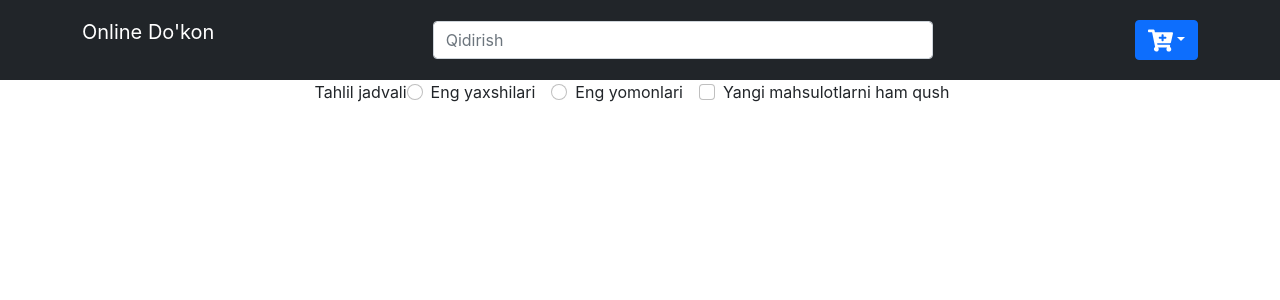
Repository: om1ars/shopping-cart
Page: /
An editor plug-in stored every save of this project. The page is shown before and after a run of saves, followed by the edit.
The browser window is 1280 px wide. The pictures show the whole page.
The project was rebuilt for these pictures with package versions that can differ from the ones it lists, and the page was loaded fresh each time.

Above is the page before, as saved 2021-10-06 17:14:58.

### src/index.js
import React from 'react';
import 'bootstrap/dist/css/bootstrap.min.css';
import ReactDOM from 'react-dom';
import './index.css';
import App from './App';
import reportWebVitals from './reportWebVitals';

ReactDOM.render(
  <React.StrictMode>
    <App />
  </React.StrictMode>,
  document.getElementById('root')
);

// If you want to start measuring performance in your app, pass a function
// to log results (for example: reportWebVitals(console.log))
// or send to an analytics endpoint. Learn more: https://bit.ly/CRA-vitals
reportWebVitals();

### src/App.js
import './App.css';
import { Header } from './components/Header';
import { Home } from './components/Home';

function App() {
  return (
    <div className="App">
      <Header />
      <Home />
    </div>
  );
}

export default App;

### src/components/Header.js
// import Dropdown from '@restart/ui/esm/Dropdown'
import React from 'react'
import { Container, Dropdown, FormControl, Nav, Navbar } from 'react-bootstrap'
import { FaCartPlus } from 'react-icons/fa';

export const Header = () => {
    return (
        <Navbar bg='dark' variant='dark' style={{height: 80}}>
            <Container>
                <Navbar.Brand>
                    <p>Online Do'kon</p>
                </Navbar.Brand>
                <Navbar.Text className='search'>
                    <FormControl style={{width: 500}} placeholder= 'Qidirish' className='m-auto' />
                </Navbar.Text>
                <Nav>
                    <Dropdown>
                        <Dropdown.Toggle variant='primary'>
                            <FaCartPlus color='white' fontSize="25px" />
                        </Dropdown.Toggle>
                        <Dropdown.Menu fontSize='200px'>Xarid mavjud emas</Dropdown.Menu>
                    </Dropdown>
                </Nav>
            </Container>
        </Navbar>
    )
}

### src/components/Home.js
import React from 'react'
import { Filter } from './Filter'

export const Home = () => {
    return (
        <div>
            <Filter />
        </div>
    )
}

### src/components/Filter.js
import React from 'react'
import { Form } from 'react-bootstrap'

export const Filter = () => {
    return (
        <div className='filter'>
            <span className="title">Tahlil jadvali</span>
            <span>
                <Form.Check
                inline
                label='Eng yaxshilari'
                name='group1'
                type='radio'
                id={`inline-1`}
                />
            </span>
            <span>
                <Form.Check
                inline
                label='Eng yomonlari'
                name='group1'
                type='radio'
                id={`inline-2`}
                />
            </span>
            <span>
                <Form.Check
                inline
                label='Yangi mahsulotlarni ham qush'
                name='group1'
                type='checkbox'
                id={`inline-3`}
                />
            </span>

        </div>
    )
}

Loaded but not shown: public/index.html (common file); src/index.css (common file); src/reportWebVitals.js (common file); src/App.css (common file)

After the next 21 saves:
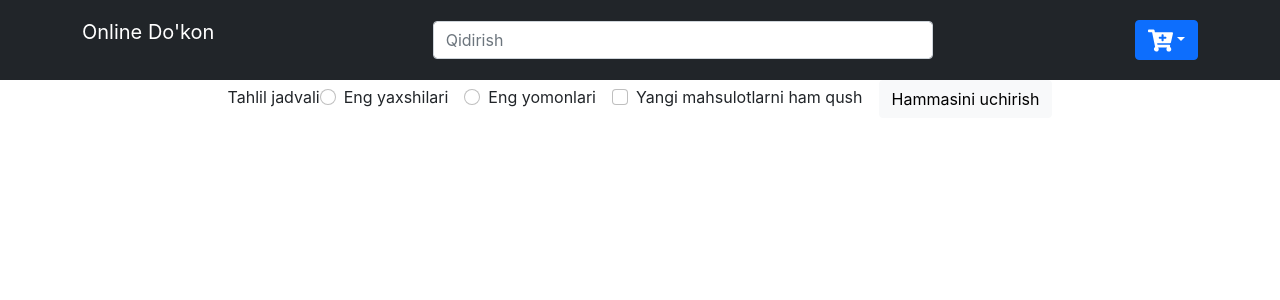
The 21 saves are shown as one change because 1 did not build or start and some came seconds apart.
The last was saved 33 s later.
--- a/src/components/Filter.js
+++ b/src/components/Filter.js
@@ -1,5 +1,5 @@
 import React from 'react'
-import { Form } from 'react-bootstrap'
+import { Button, Form } from 'react-bootstrap'
 
 export const Filter = () => {
     return (
@@ -32,7 +32,7 @@ export const Filter = () => {
                 id={`inline-3`}
                 />
             </span>
-
+            <Button variant='light'>Hammasini uchirish</Button>
         </div>
     )
 }
